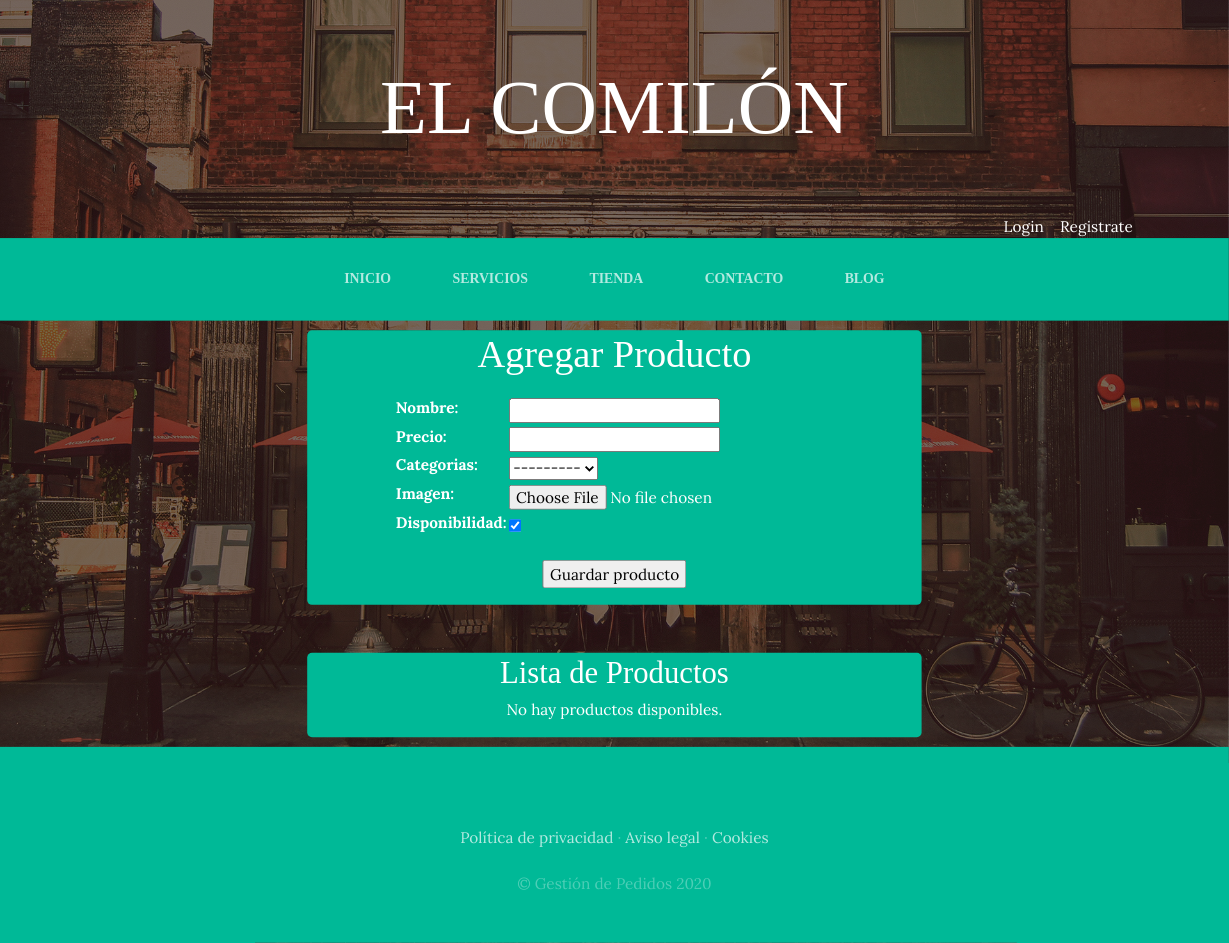
Repository: MatLarrea/Entrega_Elcomilon
Page: http://localhost/tienda/agregar_producto/
The author's editor kept a copy of each file at every save. The page is drawn from the files as they stood at one save, then again after the next save.
The browser window is 1280 px wide. The pictures show the whole page, at 96% of full size.
Backgrounds fixed to the window are drawn as part of the page. Some web fonts or font styles are not loaded; a fallback is used. The page is served by the project's application, run on Django 5.2 (manage.py). Queries for data that is not in the repository find no rows.

Above is the page before, as saved 2024-07-11 23:08:31.
Console error: TypeError: Cannot read properties of null (reading 'addEventListener')

After the next save:
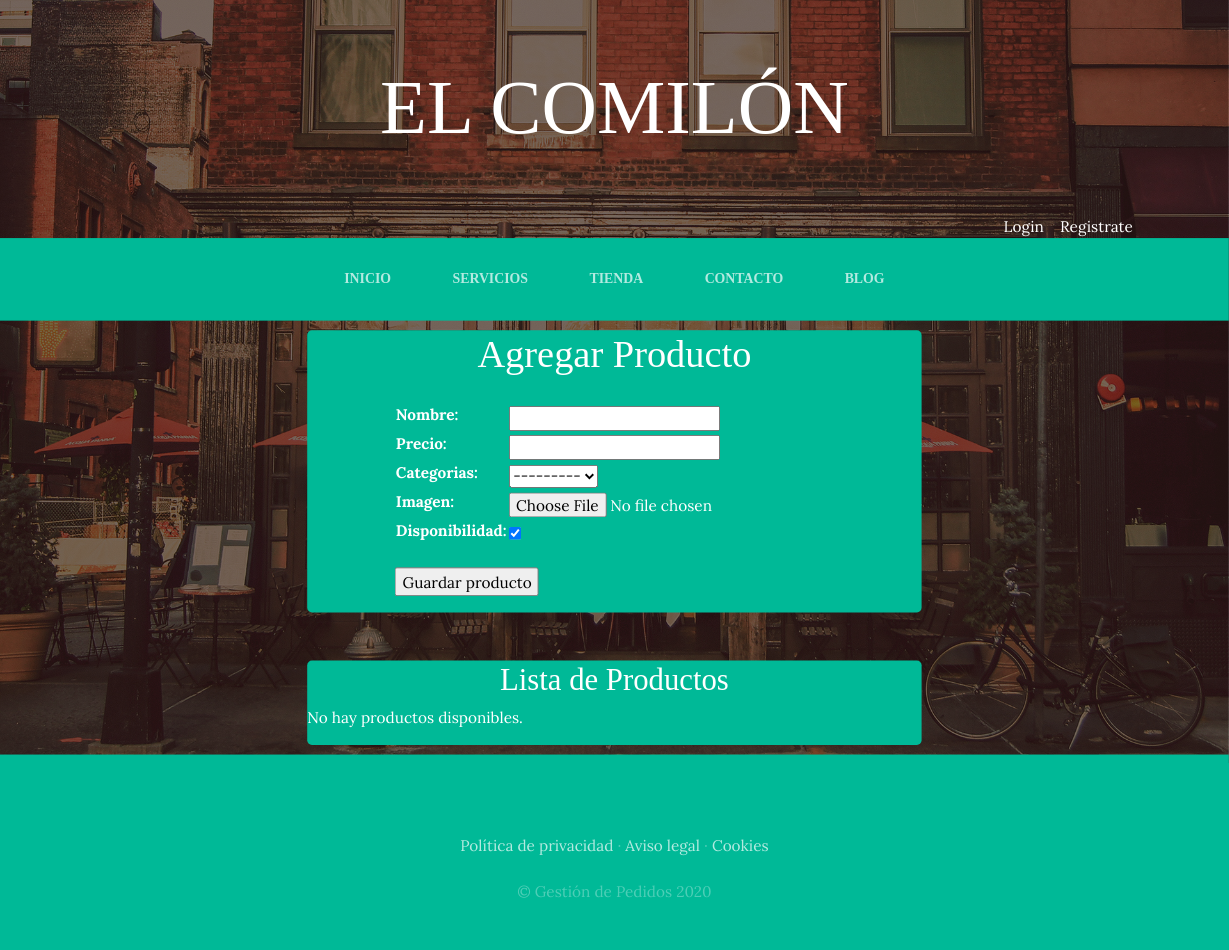
Saved 37 s later.
--- a/TiendaApp/templates/tienda/agregar_producto.html
+++ b/TiendaApp/templates/tienda/agregar_producto.html
@@ -4,9 +4,9 @@
 {% block content %}
 <div class="formularioContacto" style="text-align: center;">
     <h1 style="color: white;">Agregar Producto</h1>
-    <form method="post" enctype="multipart/form-data">
+    <form method="post" enctype="multipart/form-data" style="display: inline-block; text-align: left;">
         {% csrf_token %}
-        <table style="margin:20px auto; color: white;">
+        <table style="margin: 20px auto; color: white;">
             {{ form.as_table }}
         </table>
         <input type="submit" value="Guardar producto" style="width: 150px;">
@@ -15,16 +15,16 @@
 
 <div class="formularioContacto" style="margin-top: 50px; text-align: center;">
     <h2 style="color: white;">Lista de Productos</h2>
-    <ul style="list-style-type: none; padding: 0;">
+    <ul style="list-style-type: none; padding: 0; text-align: left;">
         {% for producto in productos %}
-        <li style="margin-bottom: 20px; display: flex; align-items: center;">
+        <li style="margin-bottom: 20px; display: flex; align-items: center; justify-content: center;">
             {% if producto.imagen %}
             <img src="{{ producto.imagen.url }}" alt="{{ producto.nombre }}" style="max-width: 100px; margin-right: 20px;">
             {% else %}
             <span style="width: 100px; height: 100px; background-color: lightgray; display: inline-block; margin-right: 20px;"></span>
             {% endif %}
             <span>{{ producto.nombre }}</span>
-            <form method="post" action="{% url 'borrar_producto' producto.id %}" style="margin-left: auto;">
+            <form method="post" action="{% url 'borrar_producto' producto.id %}" style="margin-left: 20px;">
                 {% csrf_token %}
                 <input type="submit" value="Eliminar" style="width: 150px;">
             </form>
